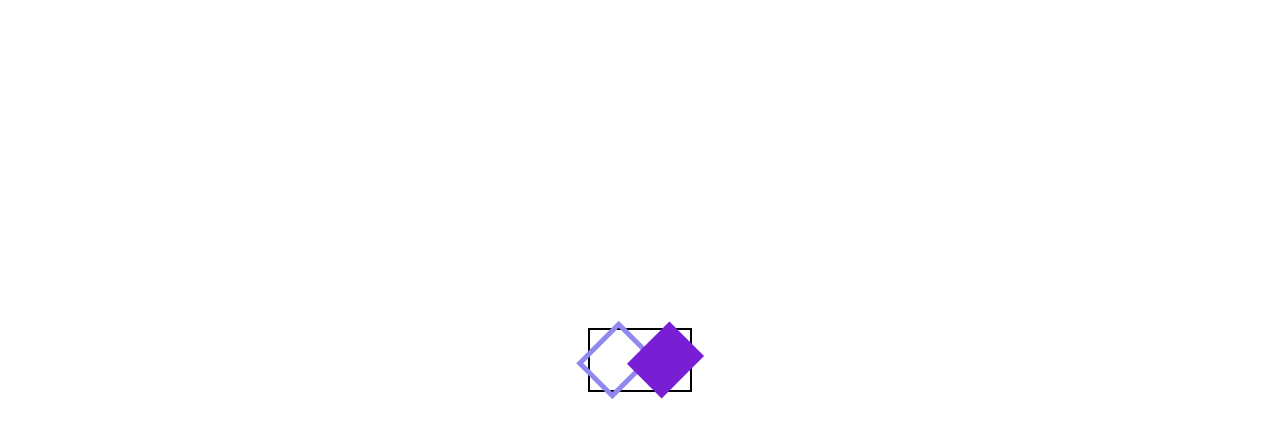
Repository: ornelasedward/whimsical_logo
Page: index.html
An editor plug-in stored every save of this project. The page is shown before and after the next save, followed by the edit.
The browser window is 1280 px wide. The pictures show the whole page.

Above is the page before, as saved 2023-04-21 08:41:55.

After the next save:
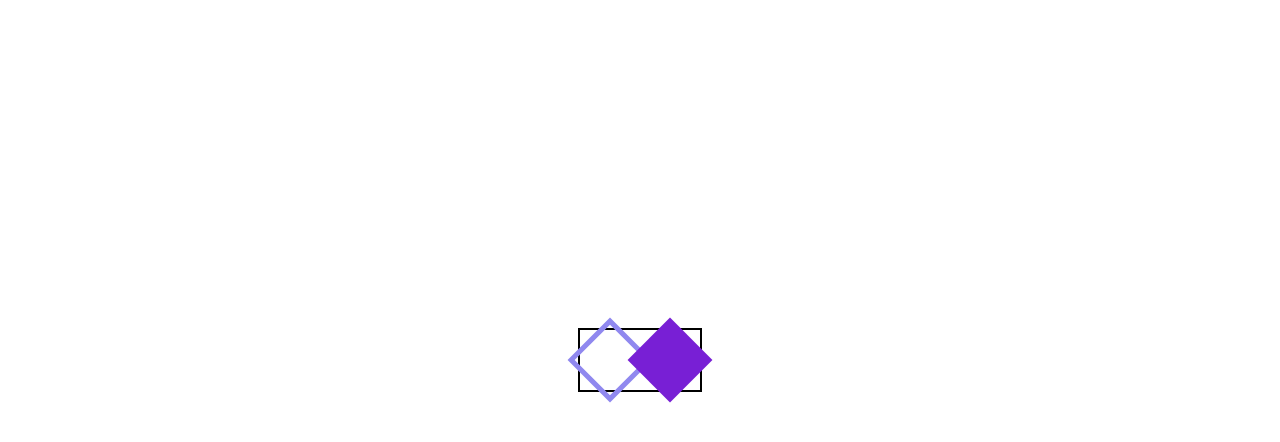
Saved 7 s later.
--- a/styles.css
+++ b/styles.css
@@ -13,7 +13,6 @@
 .logo {
   display: flex;
   border: 2px solid black;
-  max-width: 100px;
 }
 
 .diamond-shape {
